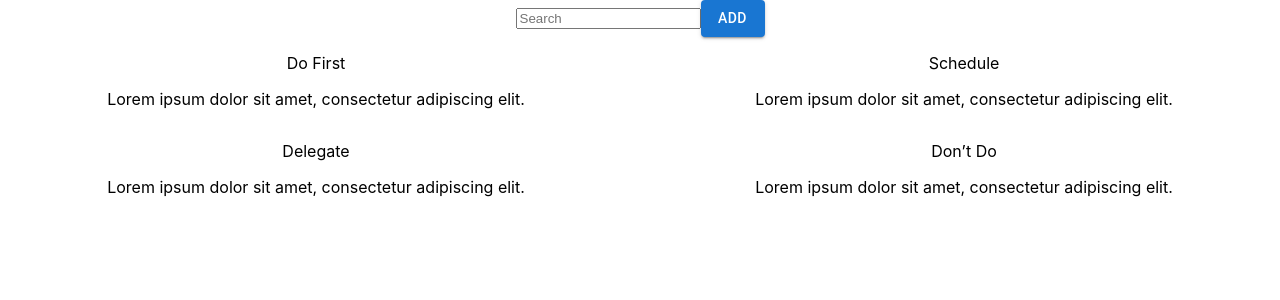
Repository: GokulDev4U/Krixi_react_assignment
Page: /
An editor plug-in stored every save of this project. The page is shown before and after the next save, followed by the edit.
The browser window is 1280 px wide. The pictures show the whole page.
The project was rebuilt for these pictures with package versions that can differ from the ones it lists, and the page was loaded fresh each time.

Above is the page before, as saved 2022-04-04 12:51:12.

After the next save:
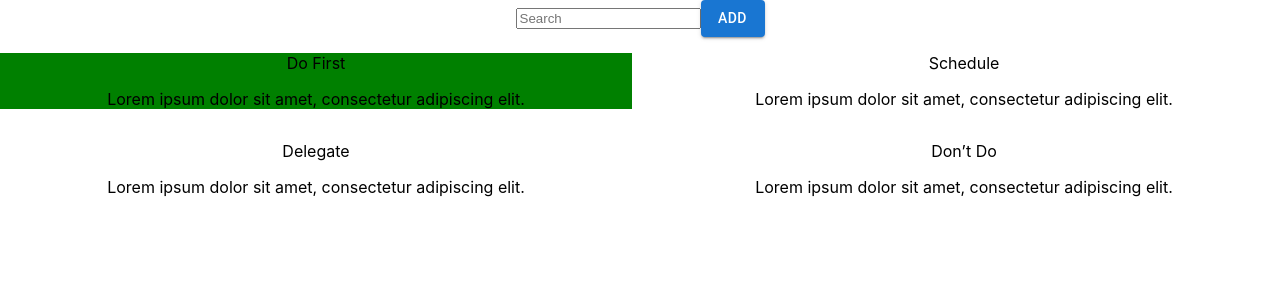
Saved 79 s later.
--- a/src/App.js
+++ b/src/App.js
@@ -18,7 +18,7 @@ function App() {
             </Button>
           </Grid>
           <Grid item xs={6}>
-            <Card color="" title="Do First" />
+            <Card color="green" title="Do First" />
           </Grid>
           <Grid item xs={6}>
             <Card color="" title="Schedule" />
